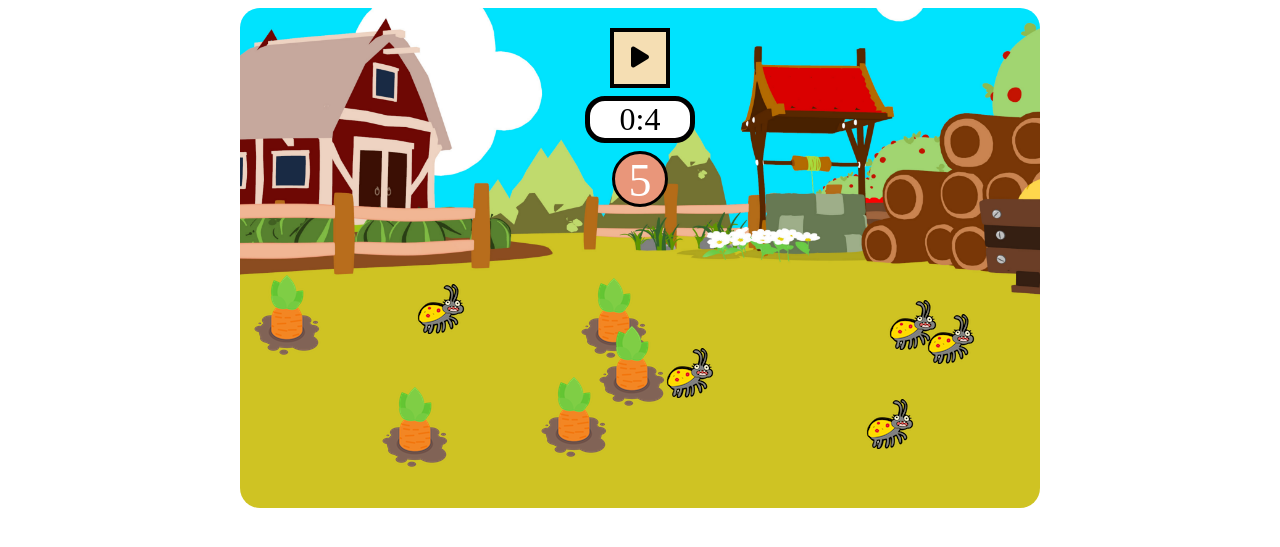
Repository: yoon-dh/JS_Prac
Page: carrot_game/index.html
These files come from the project's save history. The page is drawn as it stood at one moment and after the next save; the edit follows.
The browser window is 1280 px wide. The pictures show the whole page.
After loading, the first visible `button.game__button` was clicked once.
Some web libraries are served in a nearby version.

Above is the page before, as saved 2023-06-24 10:46:45.

After the next save:
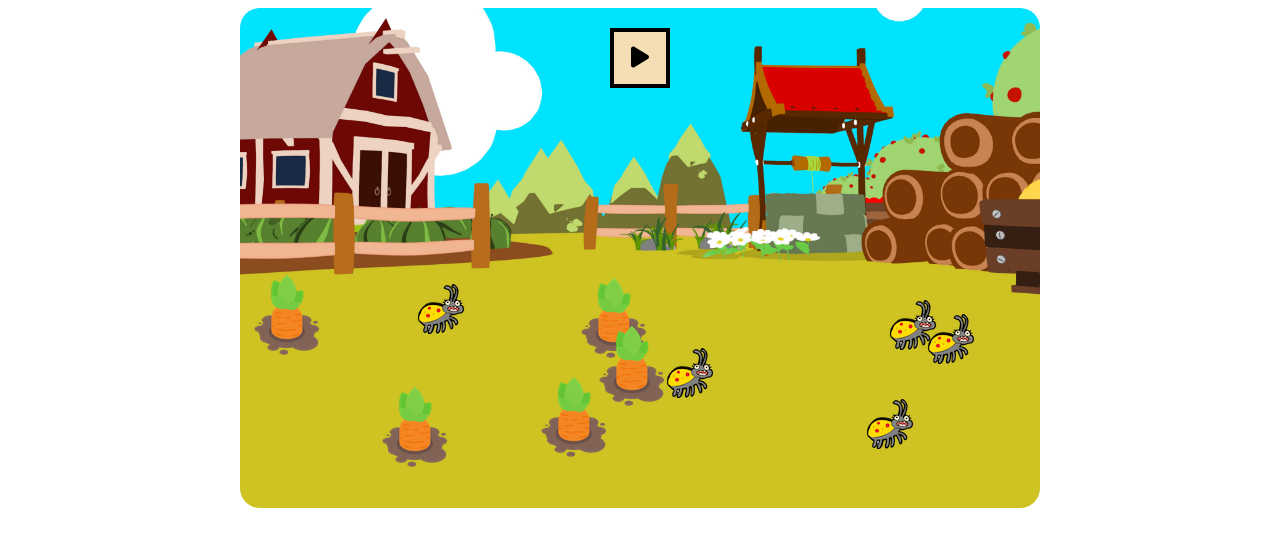
Console error: TypeError: Cannot read properties of null (reading 'classList')
Saved 52 s later.
--- a/carrot_game/main.js
+++ b/carrot_game/main.js
@@ -40,7 +40,6 @@ function startGame() {
   initGame();
   showStopButton();
   showTimerAndScore();
-  showGameButton();
   startGameTimer();
 }
 
@@ -55,10 +54,6 @@ function finishGame(win) {
   started = false;
   hideGameButton();
   showPopup(win ? "YOU WON" : "YOU LOST");
-}
-
-function showGameButton() {
-  gameBtn.style.visibility = "visible";
 }
 
 function hideGameButton() {
@@ -78,10 +73,8 @@ function hidePopup() {
 
 function showStopButton() {
   const icon = gameBtn.querySelector(".fas");
-  if (icon) {
-    icon.classList.add("fa-stop");
-    icon.classList.remove("fa-play");
-  }
+  icon.classList.add("fa-stop");
+  icon.classList.remove("fa-play");
 }
 
 function showTimerAndScore() {
